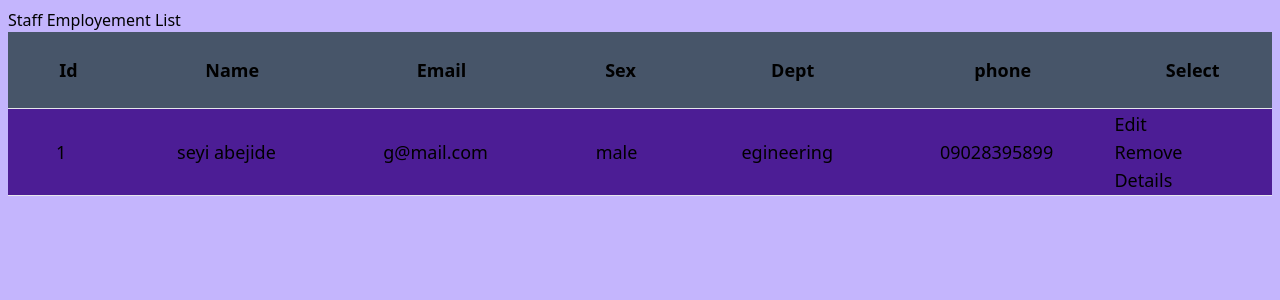
Repository: Semanmernstack/crud
Page: /
The author's editor kept a copy of each file at every save. The page is drawn from the files as they stood at one save, then again after the next save.
The browser window is 1280 px wide. The pictures show the whole page.
The project was rebuilt for these pictures with package versions that can differ from the ones it lists, and the page was loaded fresh each time. Requests to the local data server were answered from the project's data file. Also part of the build but not shown: src/Details.js, src/Create.js, src/Edit.js.

Above is the page before, as saved 2022-12-24 01:01:29.

### src/App.js
import List from "./List";
import {
  BrowserRouter,
  Routes,
  Route,

} from "react-router-dom";
import Details from "./Details";
import Create from "./Create";
import Edit from "./Edit";



function App() {
  return (
    <div className="bg-slate-100 h-screen">
      <BrowserRouter>

      <Routes>
        <Route path="/" element={<List/>}> </Route>
        <Route path="/employee/create" element={<Create/>}> </Route>
        <Route path="/employee/details/:empid" element={<Details/>}> </Route>
        <Route path="/employee/edit/:empid" element={<Edit/>}> </Route>
      </Routes>
      </BrowserRouter>

    </div>
  );
}

export default App;

### src/List.js

import React, { useEffect, useState } from 'react'

function List() {
    const [records, setRecords] = useState("")

    useEffect(() => {
        fetch("http://localhost:8000/employee").then((res) => {
            return res.json()
        }).then((resp) => {
            console.log(resp)
            setRecords(resp)

        })

    }, [])
  return (
    <div className="overflow-x-hidden lg:max-w-7xl mx-auto  p-2 items-center bg-violet-300 h-screen   ">

        <p>Staff Employement List</p>


        <table className="  w-[100%] bg-violet-900 text-sm md:text-sm lg:text-lg   " >

            <thead>
                <tr className="border-b bg-slate-600">
                    <th scope='col' className=" lg:py-6 lg:px-12 py-4 px-6">Id</th>
                    <th scope='col' className=" lg:py-6 lg:px-12 py-4 px-6">Name</th>
                    <th scope='col' className=" lg:py-6 lg:px-12 py-4 px-6">Email</th>
                    <th scope='col' className=" lg:py-6 lg:px-12 py-4 px-6">Sex</th>
                    <th scope='col' className=" lg:py-6 lg:px-12 py-4 px-6">Dept</th>
                    <th scope='col' className=" lg:py-6 lg:px-12 py-4 px-6">phone</th>
                    <th scope='col' className=' lg:py-6 lg:px-12 py-4 px-6'>Select</th>

                </tr>
            </thead>
            <tbody>
                {
                    records &&
                    records.map((record) => (
                    <tr className="border-b" key={record.id}>
                        <td className=" lg:py-6 lg:px-12 py-3 px-4">{record.id}</td>
                        <td className=" lg:py-6 lg:px-12 py-3 px-4" >{record.name}</td>
                        <td className=" lg:py-6 lg:px-12 py-3 px-4">{record.email}</td>
                        <td className=" lg:py-6 lg:px-12 py-3 px-4">{record.sex}</td>
                        <td className=" lg:py-6 lg:px-12 py-3 px-4">{record.dept}</td>
                        <td className=" lg:py-6 lg:px-12 py-3 px-4">{record.phone}</td>
                        <td className='flex flex-col'>
                            <a href="">Edit</a>
                            <a href="">Remove</a>
                            <a href="">Details</a>
                        </td>
                    </tr>
                    ))
                }

            </tbody>

        </table>




    </div>
  )
}

export default List

### db.json
{
  "employee": [
    {
      "id": 1,
      "name": "seyi abejide",
      "email": "g@mail.com",
      "phone": "09028395899",
      "dept": "egineering",
      "sex": "male"

    }
  ]

}

Loaded but not shown: public/index.html (common file); src/index.js (common file); src/index.css (common file); src/reportWebVitals.js (common file); tailwind.config.js (common file)

After the next save:
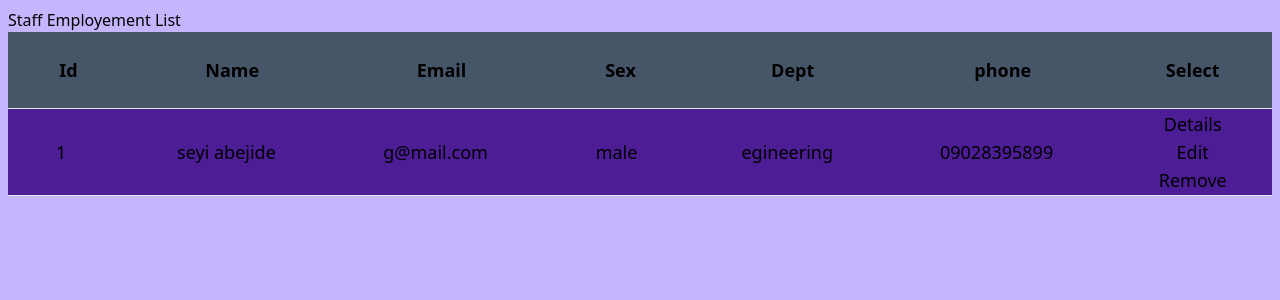
Saved 5 min 2 s later.
--- a/src/List.js
+++ b/src/List.js
@@ -46,9 +46,10 @@ function List() {
                         <td className=" lg:py-6 lg:px-12 py-3 px-4">{record.dept}</td>
                         <td className=" lg:py-6 lg:px-12 py-3 px-4">{record.phone}</td>
                         <td className='flex flex-col'>
-                            <a href="">Edit</a>
-                            <a href="">Remove</a>
-                            <a href="">Details</a>
+                            <button>Details</button>
+                            <button>Edit</button>
+                            <button>Remove</button>
+
                         </td>
                     </tr>
                     ))
